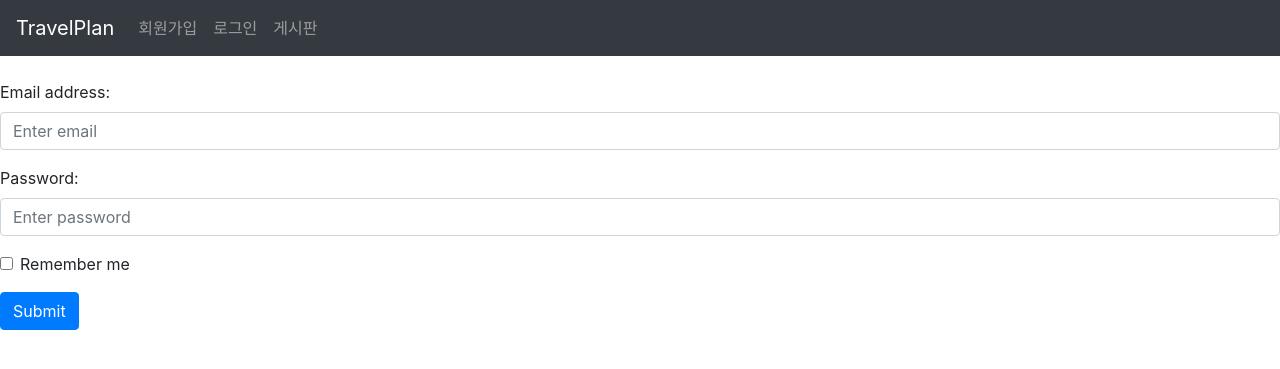
Repository: sna145815/Travel_v1
Page: http://localhost/Travel_v1/login
The author's editor kept a copy of each file at every save. The page is drawn from the files as they stood at one save, then again after the next save.
The browser window is 1280 px wide. The pictures show the whole page.
The page is served by Tomcat 9.

Above is the page before, as saved 2022-10-24 15:06:29.

After the next save:
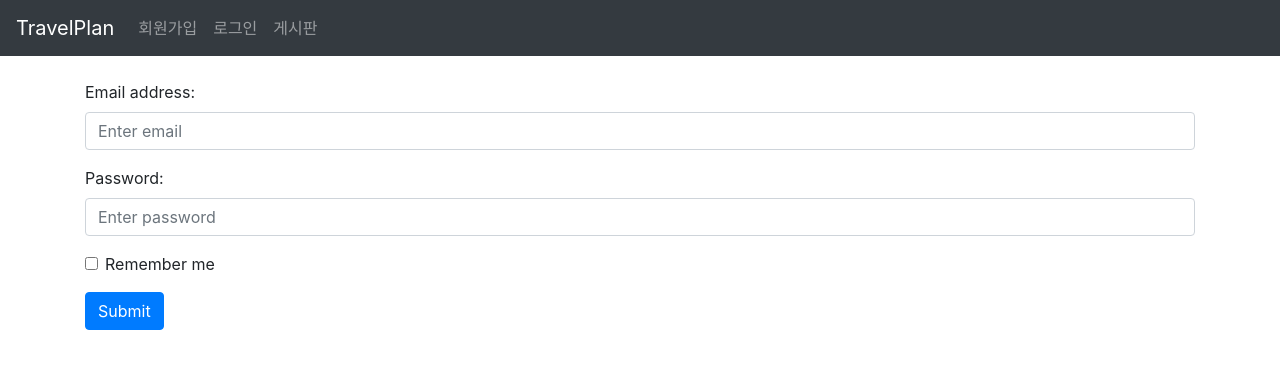
Saved 77 s later.
--- a/Travel_v1/src/main/webapp/WEB-INF/view/loginpage.jsp
+++ b/Travel_v1/src/main/webapp/WEB-INF/view/loginpage.jsp
@@ -3,6 +3,7 @@
 
 <%@ include file="/layout/header.jsp" %>
 
+<div class=container>
 <form action="/action_page.php">
   <div class="form-group">
     <label for="email">Email address:</label>
@@ -19,5 +20,7 @@
   </div>
   <button type="submit" class="btn btn-primary">Submit</button>
 </form>
+</div>
+
 </body>
 </html>
